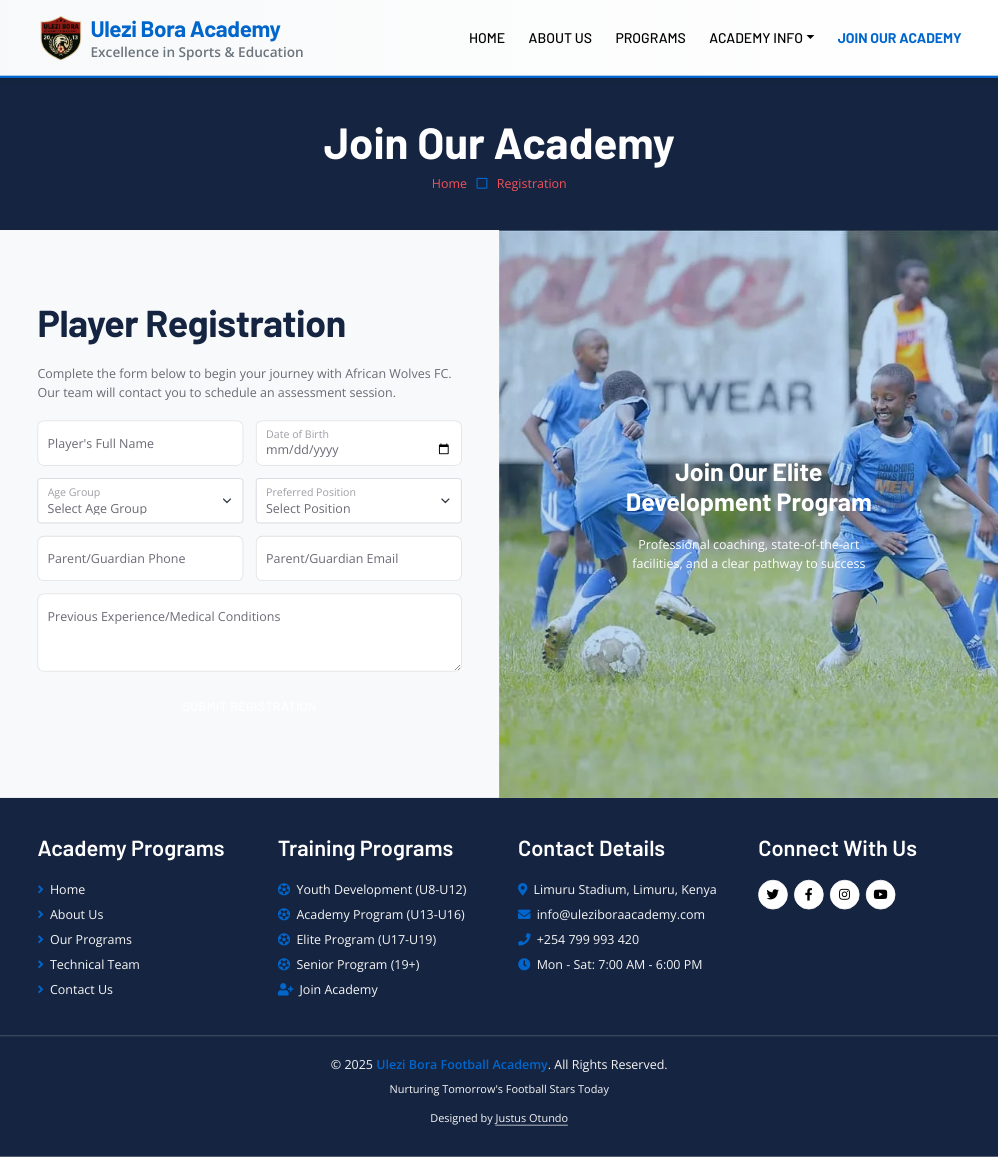
Repository: Justus-Otundo/uleziborafc
Page: registration.html
The author's editor kept a copy of each file at every save. The page is drawn from the files as they stood at one save, then again after the next save.
The browser window is 1280 px wide. The pictures show the whole page, at 78% of full size.
Some web libraries are served in a nearby version.

Above is the page before, as saved 2025-08-15 14:59:05.

After the next save:
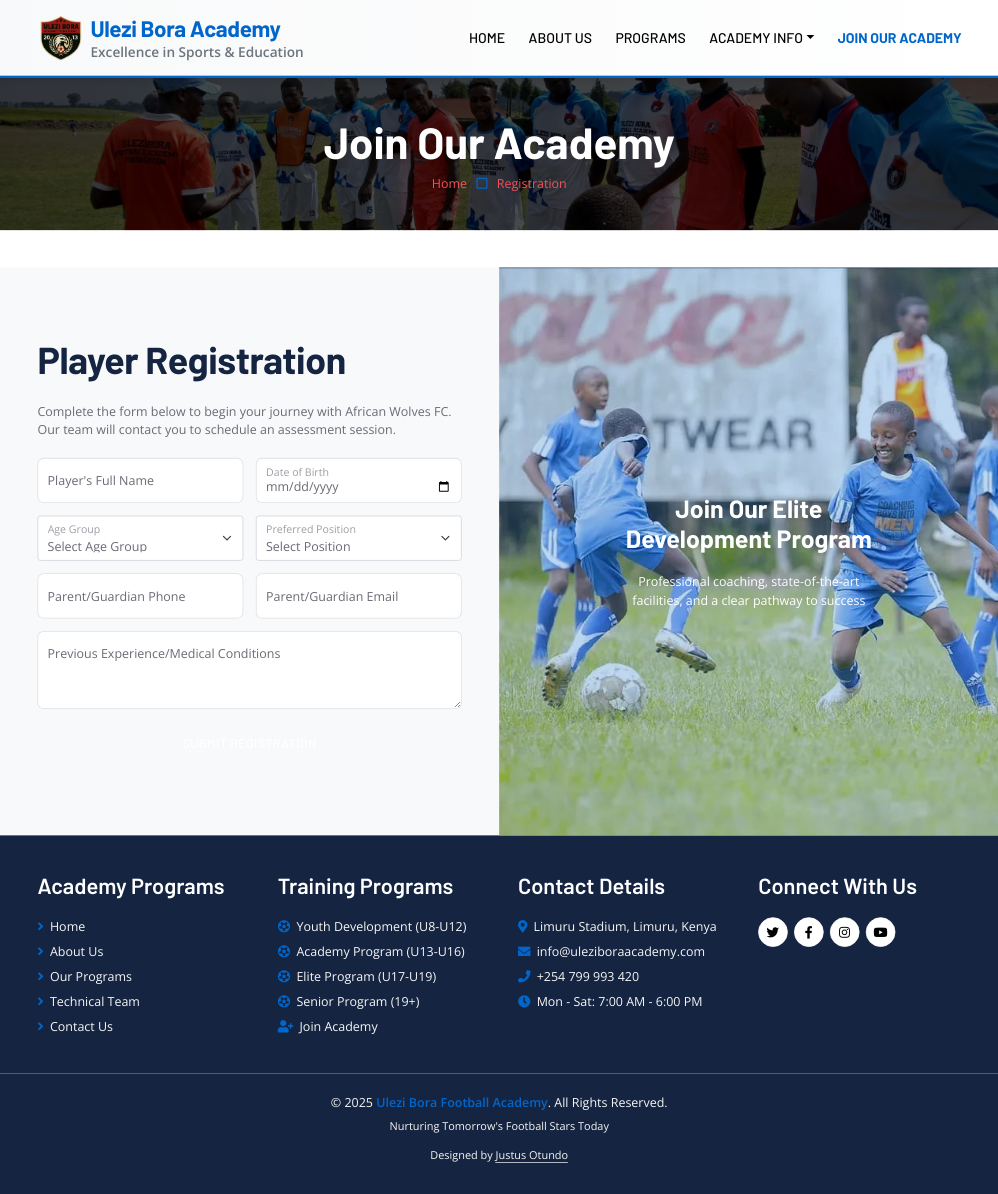
Saved 15 s later.
--- a/registration.html
+++ b/registration.html
@@ -36,7 +36,7 @@
     <!-- Navbar End -->
 
     <!-- Page Header Start -->
-    <div class="container-fluid bg-dark p-5 ">
+    <div class="container-fluid page-header py-5 mb-5 wow fadeIn" data-wow-delay="0.1s" style="background: linear-gradient(rgba(0, 0, 0, 0.7), rgba(0, 0, 0, 0.7)), url(img/training.jpg) center center no-repeat; background-size: cover;">
         <div class="row">
             <div class="col-12 text-center">
                 <h1 class="display-4 text-white">Join Our Academy</h1>
